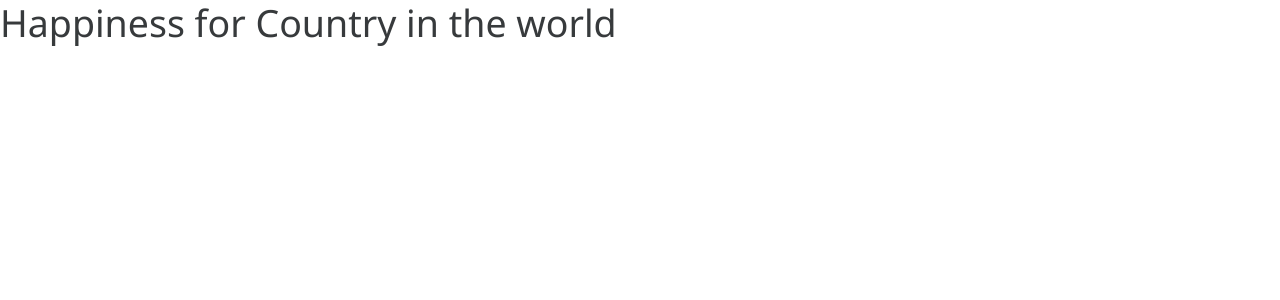
Repository: Baal89/second-milestone-project
Page: index.html
The author's editor kept a record of every edit. The page is drawn from the files as they stood at one moment, then again after the next edit.
The browser window is 1280 px wide. The pictures show the whole page.

Above is the page before.
Console error (its wording comes from the project's code and is left out).

After the next edit:
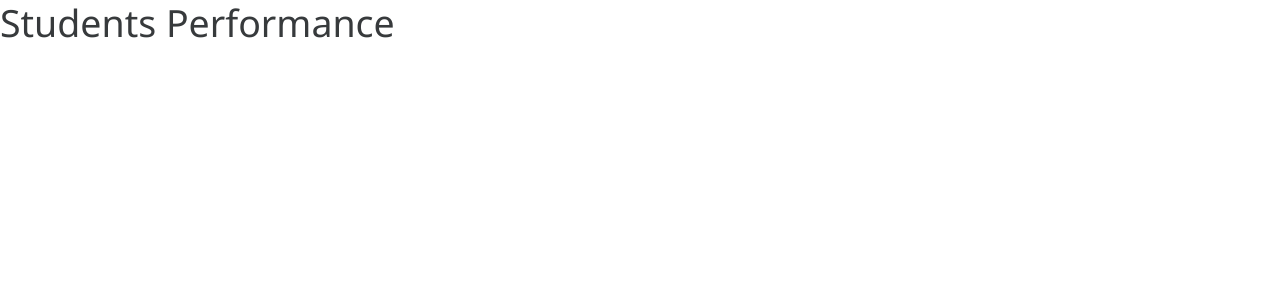
The edit:
--- a/index.html
+++ b/index.html
@@ -20,7 +20,15 @@
     <body>
 
 
-        <h1> Happiness for Country in the world</h1>
+        <h1> Students Performance</h1>
+
+        <div id="math-performance"></div>
+
+        <div id="reading-performance"></div>
+
+        <div id="writing-performance
+
+
 
 
     </body>
